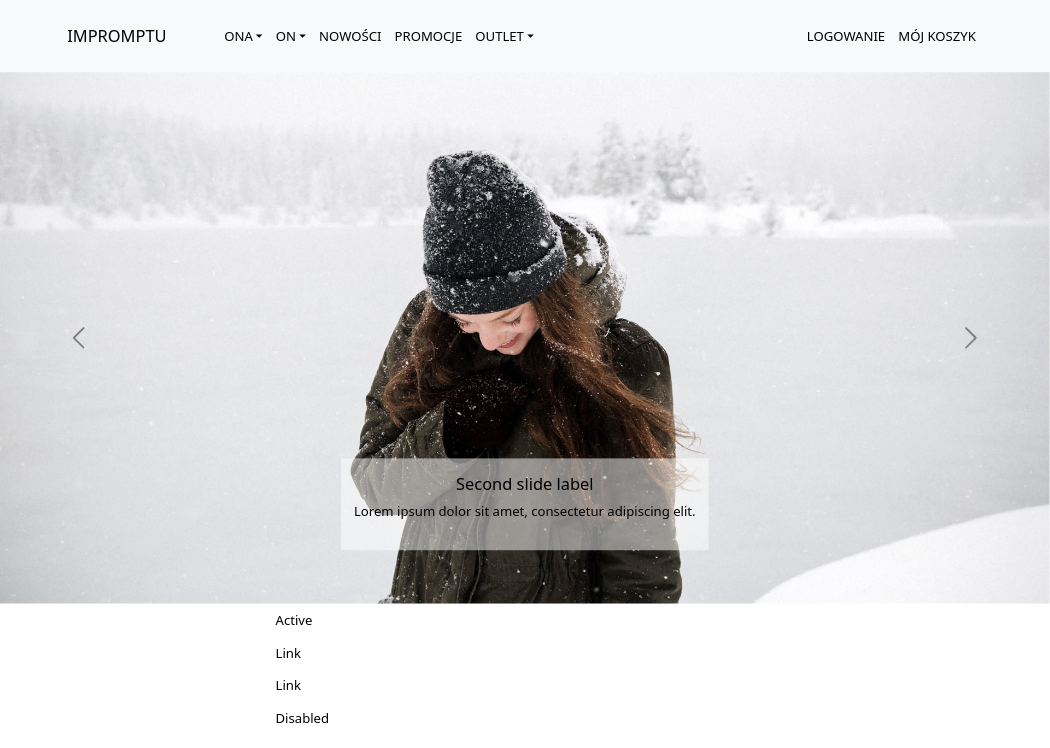
Repository: michalgornicki/Impromptu
Page: /
These files come from the project's save history. The page is drawn as it stood at one moment and after the next save; the edit follows.
The browser window is 1280 px wide. The pictures show the whole page, at 82% of full size.
The project was rebuilt for these pictures with package versions that can differ from the ones it lists, and the page was loaded fresh each time.

Above is the page before, as saved 2021-12-23 13:17:19.

### src/App.jsx
import React from "react";
import "./App.css";
import "bootstrap/dist/css/bootstrap.min.css";
import Container from "react-bootstrap/Container";
import Navbar from "react-bootstrap/Navbar";
import Nav from "react-bootstrap/Nav";
import NavDropdown from "react-bootstrap/NavDropdown";
import Carousel from "react-bootstrap/Carousel";
import photo1 from "./1.jpg";
import photo2 from "./2.jpg";
import photo3 from "./3.jpg";
import photo4 from "./4.jpg";
import photo5 from "./5.jpg";

function App() {
  return (
    <p>
      <Navbar
        collapseOnSelect
        expand="lg"
        bg="light"
        variant="light"
        className="py-4 display-7 text-dark"
      >
        <Container>
          <Navbar.Brand href="#home" className="w-15">IMPROMPTU</Navbar.Brand>
          <Navbar.Toggle aria-controls="responsive-navbar-nav" />
          <Navbar.Collapse id="responsive-navbar-nav">
            <Nav className="me-auto">
              <NavDropdown title="ONA" id="collasible-nav-dropdown">
                <NavDropdown.Item href="#action/3.1">Action</NavDropdown.Item>
                <NavDropdown.Item href="#action/3.2">
                  Another action
                </NavDropdown.Item>
                <NavDropdown.Item href="#action/3.3">
                  Something
                </NavDropdown.Item>
                <NavDropdown.Divider />
                <NavDropdown.Item href="#action/3.4">
                  Separated link
                </NavDropdown.Item>
              </NavDropdown>
              <NavDropdown title="ON" id="collasible-nav-dropdown">
                <NavDropdown.Item href="#action/3.1">Action</NavDropdown.Item>
                <NavDropdown.Item href="#action/3.2">
                  Another action
                </NavDropdown.Item>
                <NavDropdown.Item href="#action/3.3">
                  Something
                </NavDropdown.Item>
                <NavDropdown.Divider />
                <NavDropdown.Item href="#action/3.4">
                  Separated link
                </NavDropdown.Item>
              </NavDropdown>
              <Nav.Link href="#pricing">NOWOŚCI</Nav.Link>
              <Nav.Link href="#pricing">PROMOCJE</Nav.Link>
              <NavDropdown title="OUTLET" id="collasible-nav-dropdown">
                <div className="flex flex-column">
                  <div className="container">
                <NavDropdown.Item href="#action/3.1">Action</NavDropdown.Item>
                <NavDropdown.Item href="#action/3.2">
                  Another action
                </NavDropdown.Item>
                <NavDropdown.Item href="#action/3.3">
                  Something
                </NavDropdown.Item>
                <NavDropdown.Divider />
                <NavDropdown.Item href="#action/3.4">
                  Separated link
                </NavDropdown.Item>
                </div>
                <div className="container">
                <NavDropdown.Item href="#action/3.1">Action</NavDropdown.Item>
                <NavDropdown.Item href="#action/3.2">
                  Another action
                </NavDropdown.Item>
                <NavDropdown.Item href="#action/3.3">
                  Something
                </NavDropdown.Item>
                <NavDropdown.Divider />
                <NavDropdown.Item href="#action/3.4">
                  Separated link
                </NavDropdown.Item>
                </div>
                </div>
              </NavDropdown>
            </Nav>
            <Nav>
              <Nav.Link href="#deets">LOGOWANIE</Nav.Link>
              <Nav.Link href="#memes">MÓJ KOSZYK</Nav.Link>
            </Nav>
          </Navbar.Collapse>
        </Container>
      </Navbar>

      <Carousel variant="dark" indicators={false}>
  <Carousel.Item>
    <img
      className="d-block w-100"
      src={photo1}
      alt="First slide"
    />
    <Carousel.Caption>
      <h5>First slide label</h5>
      <p>Nulla vitae elit libero, a pharetra augue mollis interdum.</p>
    </Carousel.Caption>
  </Carousel.Item>
  <Carousel.Item>
    <img
      className="d-block w-100"
      src={photo2}
      alt="Second slide"
    />
    <Carousel.Caption>
      <h5>Second slide label</h5>
      <p>Lorem ipsum dolor sit amet, consectetur adipiscing elit.</p>
    </Carousel.Caption>
  </Carousel.Item>
  <Carousel.Item>
    <img
      className="d-block w-100"
      src={photo3}
      alt="Third slide"
    />
    <Carousel.Caption>
      <h5>Third slide label</h5>
      <p>Praesent commodo cursus magna, vel scelerisque nisl consectetur.</p>
    </Carousel.Caption>
  </Carousel.Item>
  <Carousel.Item>
    <img
      className="d-block w-100"
      src={photo4}
      alt="Third slide"
    />
    <Carousel.Caption>
      <h5>Third slide label</h5>
      <p>Praesent commodo cursus magna, vel scelerisque nisl consectetur.</p>
    </Carousel.Caption>
  </Carousel.Item>
  <Carousel.Item>
    <img
      className="d-block w-100"
      src={photo5}
      alt="Third slide"
    />
    <Carousel.Caption>
      <h5>Third slide label</h5>
      <p>Praesent commodo cursus magna, vel scelerisque nisl consectetur.</p>
    </Carousel.Caption>
  </Carousel.Item>
</Carousel>


<Nav
  activeKey="/home"
  className="w-50 m-auto"
>
  <div className="flex-row">
  <div className="flex-column">
  <Nav.Item>
    <Nav.Link href="/home">Active</Nav.Link>
  </Nav.Item>
  <Nav.Item>
    <Nav.Link eventKey="link-1">Link</Nav.Link>
  </Nav.Item>
  <Nav.Item>
    <Nav.Link eventKey="link-2">Link</Nav.Link>
  </Nav.Item>
  <Nav.Item>
    <Nav.Link eventKey="disabled" disabled>
      Disabled
    </Nav.Link>
  </Nav.Item>
  </div>
  </div>
</Nav>


    </p>
  );
}

export default App;

### src/App.css
.w-15{
    width: 15%!important;
}

.display-7{
    font-size: 1rem;
}

.nav-link {
    color: black!important;
}

.carousel img {
    height: 90vh;
    object-fit: cover;
}

.carousel-caption{
    background-color: rgba(255, 255, 255, 0.5);
    bottom: 10%!important;
    width: 35%;
    margin: auto;
}

Loaded but not shown: public/index.html (common file); src/index.js (common file); src/index.css (common file); src/reportWebVitals.js (common file)

After the next save:
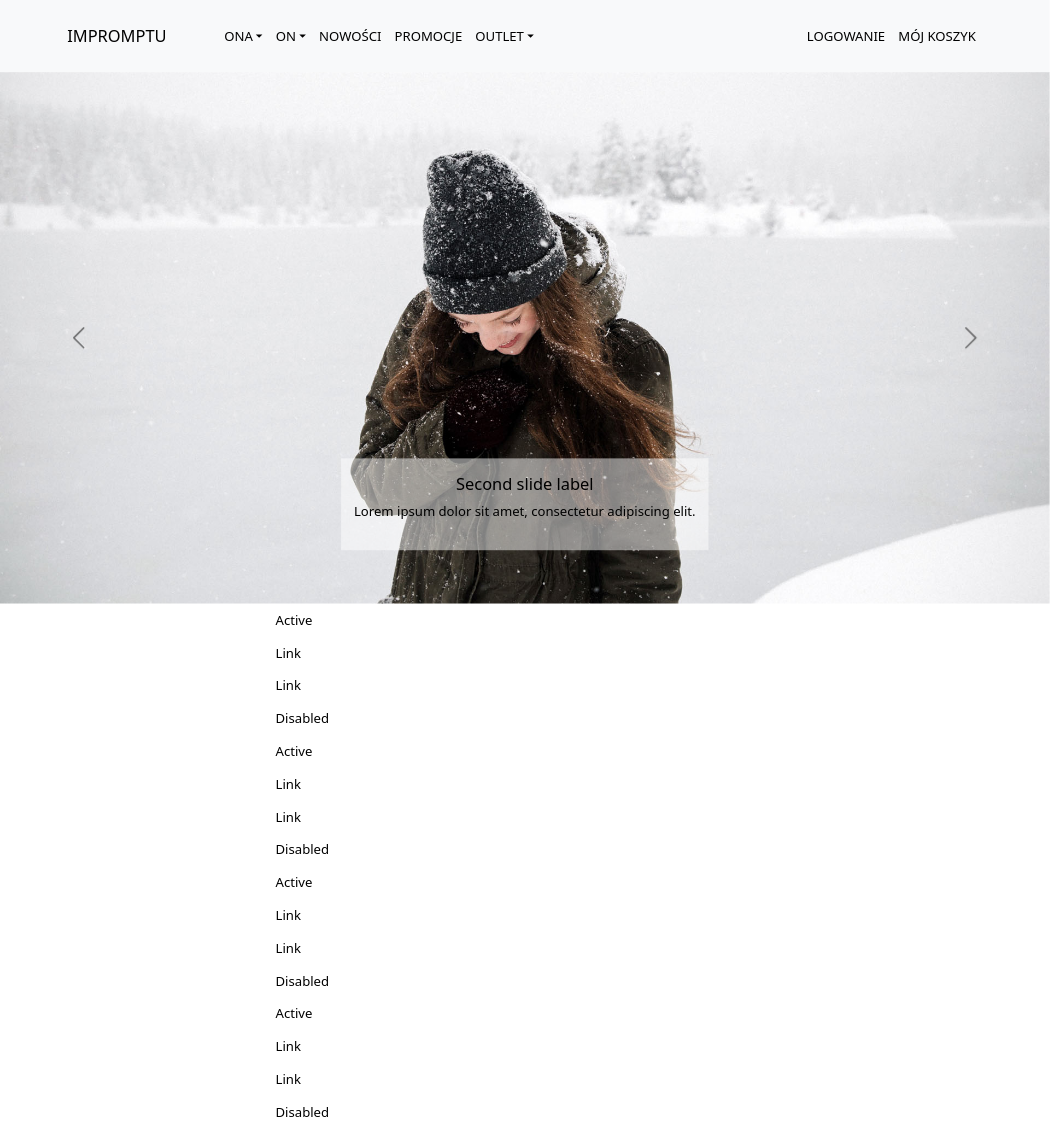
Saved 6 s later.
--- a/src/App.jsx
+++ b/src/App.jsx
@@ -174,6 +174,54 @@ function App() {
     </Nav.Link>
   </Nav.Item>
   </div>
+  <div className="flex-column">
+  <Nav.Item>
+    <Nav.Link href="/home">Active</Nav.Link>
+  </Nav.Item>
+  <Nav.Item>
+    <Nav.Link eventKey="link-1">Link</Nav.Link>
+  </Nav.Item>
+  <Nav.Item>
+    <Nav.Link eventKey="link-2">Link</Nav.Link>
+  </Nav.Item>
+  <Nav.Item>
+    <Nav.Link eventKey="disabled" disabled>
+      Disabled
+    </Nav.Link>
+  </Nav.Item>
+  </div>
+  <div className="flex-column">
+  <Nav.Item>
+    <Nav.Link href="/home">Active</Nav.Link>
+  </Nav.Item>
+  <Nav.Item>
+    <Nav.Link eventKey="link-1">Link</Nav.Link>
+  </Nav.Item>
+  <Nav.Item>
+    <Nav.Link eventKey="link-2">Link</Nav.Link>
+  </Nav.Item>
+  <Nav.Item>
+    <Nav.Link eventKey="disabled" disabled>
+      Disabled
+    </Nav.Link>
+  </Nav.Item>
+  </div>
+  <div className="flex-column">
+  <Nav.Item>
+    <Nav.Link href="/home">Active</Nav.Link>
+  </Nav.Item>
+  <Nav.Item>
+    <Nav.Link eventKey="link-1">Link</Nav.Link>
+  </Nav.Item>
+  <Nav.Item>
+    <Nav.Link eventKey="link-2">Link</Nav.Link>
+  </Nav.Item>
+  <Nav.Item>
+    <Nav.Link eventKey="disabled" disabled>
+      Disabled
+    </Nav.Link>
+  </Nav.Item>
+  </div>
   </div>
 </Nav>
 
